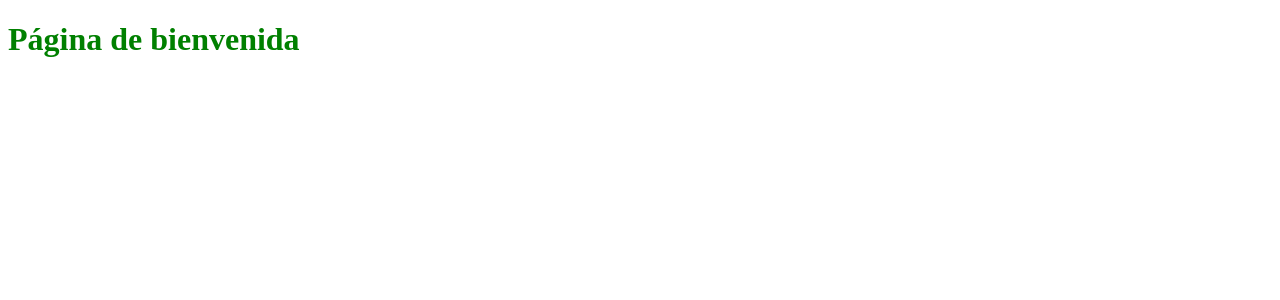
Repository: MateoSantander/Ejercicios4y5
Page: Ejercicio_4/src/main/webapp/index.html
The author's editor kept a copy of each file at every save. The page is drawn from the files as they stood at one save, then again after the next save.
The browser window is 1280 px wide. The pictures show the whole page.

Above is the page before, as saved 2022-03-16 10:21:19.

After the next save:
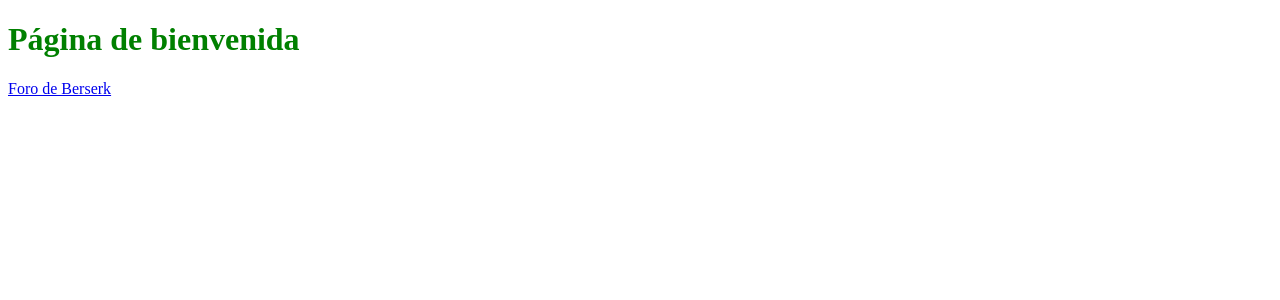
Saved 114 s later.
--- a/Ejercicio_4/src/main/webapp/index.html
+++ b/Ejercicio_4/src/main/webapp/index.html
@@ -6,6 +6,8 @@
 </head>
 <body>
 	<h1 style="color:green">Página de bienvenida</h1>
-	<nav href="Foro de Berserk"></nav>
+	<nav>
+		<a href="otrasPaginas/pagina_principal">Foro de Berserk</a>
+		</nav>
 </body>
 </html>
